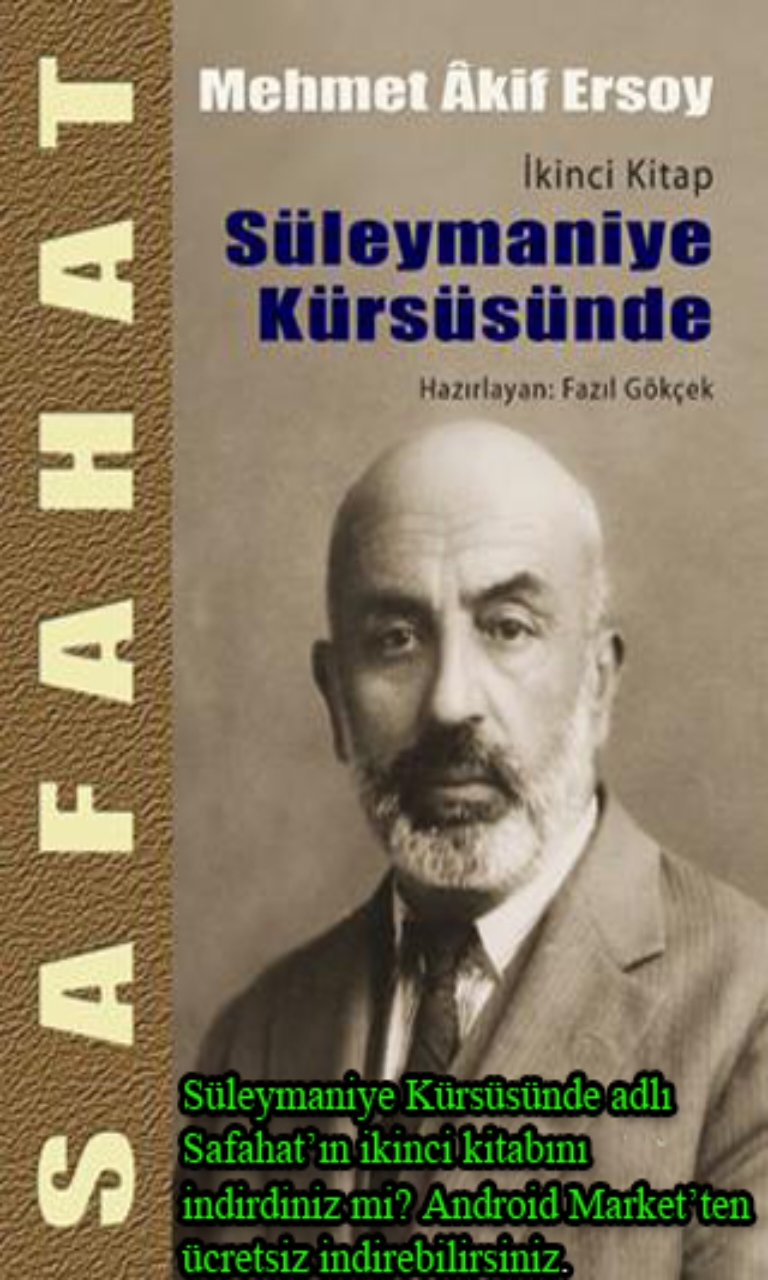
Repository: dokayazilim/Hakkin-Sesleri-Android-Uygulamasi
Layout: hakkın sesleri(android)/hakkinsesleri/res/layout/acilis2.xml
These files come from the project's save history. The layout is drawn as it stood at one moment and after the next save; the edit follows.
It is drawn on a 768 x 1280 px phone screen (xhdpi) without system bars, with theme AppTheme; the app's code is not run.

Above is the layout before, as saved 2012-09-25 19:57:48.

After the next save:
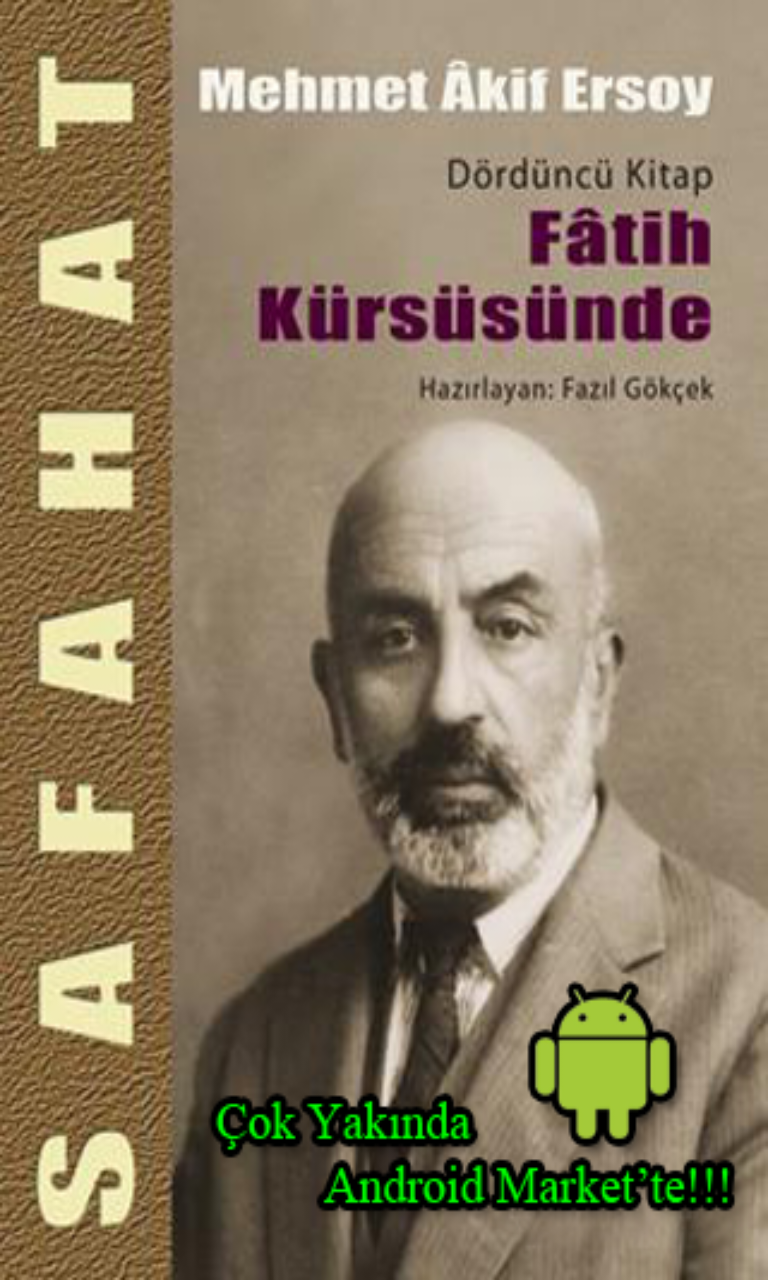
Saved 11 min 44 s later.
--- a/hakkın sesleri(android)/hakkinsesleri/res/layout/acilis2.xml
+++ b/hakkın sesleri(android)/hakkinsesleri/res/layout/acilis2.xml
@@ -2,7 +2,7 @@
 <LinearLayout  xmlns:android="http://schemas.android.com/apk/res/android"
     android:layout_width="fill_parent"
     android:layout_height="fill_parent"
-    android:orientation="vertical" android:background="@drawable/kitap21">
+    android:orientation="vertical" android:background="@drawable/kitap4">
 
 
 </LinearLayout>
